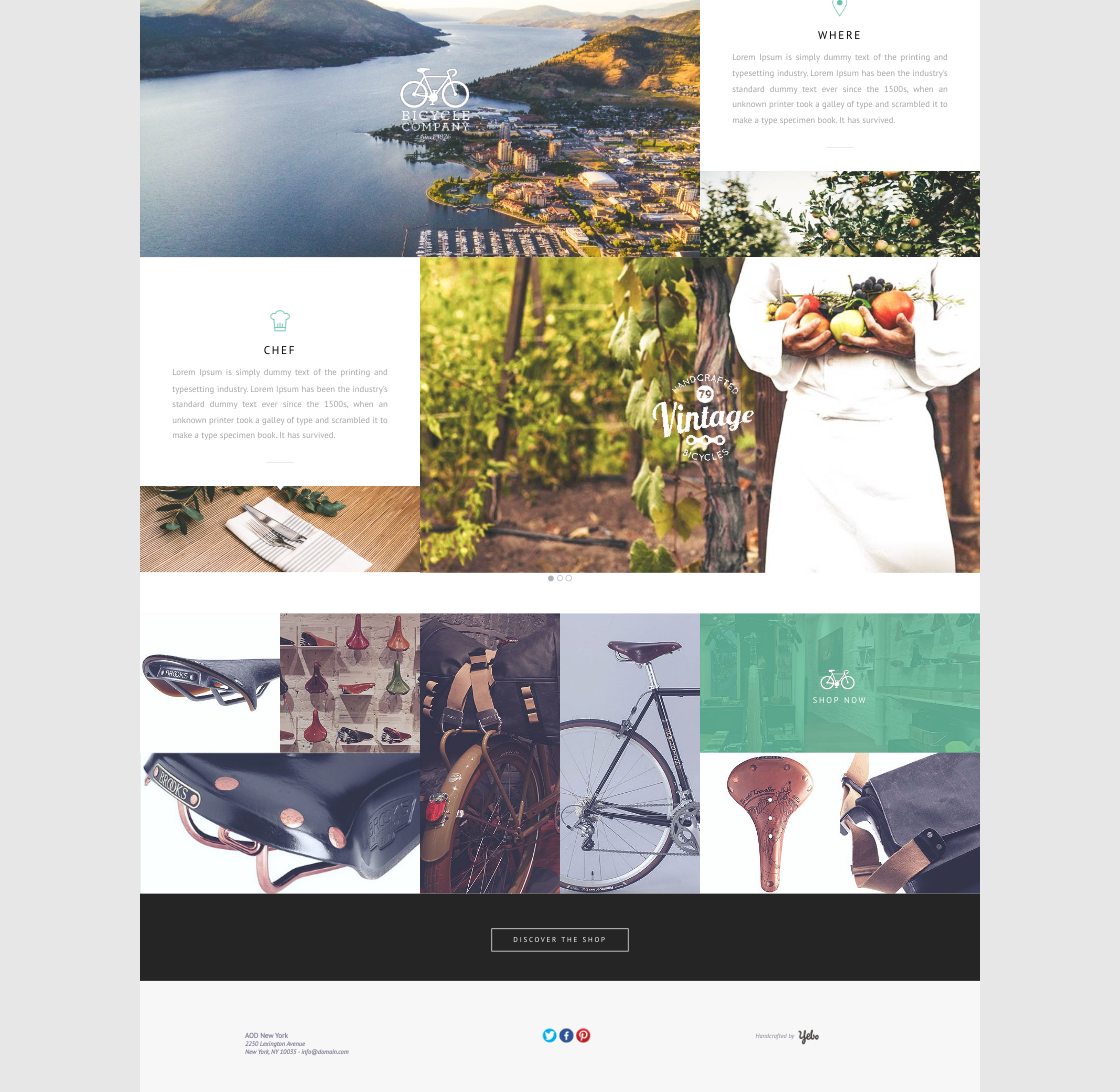
Repository: vancodes/longtable
Page: index.html
An editor plug-in stored every save of this project. The page is shown before and after a run of saves, followed by the edit.
The browser window is 1280 px wide. The page is 1600 px wide, so the pictures cover 1600 px, including what lies to the right of the window. The pictures show the part of the page from y = 1256 to 2816 px (the page is 2816 px tall before and 2770 px after), at 70% of full size.

Above is the page before, as saved 2019-04-08 15:27:58.

### index.html
<!DOCTYPE html>
<html>

<head>
  <meta charset="utf-8">
  <link href="index.css" type="text/css" rel="stylesheet">
  <title>Long table</title>
</head>

<body>
  <div class="wrapper">
    <!--Intro Section-->
    <div class="topbar">
      <h1>
      <ul>
        <li><a href="#">About Us</a></li>
    	   <p>.</p>
        <li><a href="#">Info</a></li>
        <li><a href="#"><img src="assets\logo.png" alt="logo"></a></li>
        <li><a href="https://www.gofundme.com/breast-lung-and-melanoma-cancer">Donate</a></li>
    	   <p>.</p>
        <li><a href="#">Contact</a></li>
      </ul>
    </h1>
    </div>
    <div class="hero">
      <img src="assets/cover.jpg" alt="">
    </div>
    <!--Navigation Section-->
    <div class="main" align="center">
      <div class="first">
        <img src="assets\breast-cancer-icon.png" alt="bike chain">
        <h2>Long table dinner fundraiser</h2>
        <h4>When: TBD Kelowna</h4>
        <h4>Where: TBD Summer 2019</h4>
        <p>Join us for an long table diner by Chef x. This dinner raise for Shenah Mochenski to get treatment for cancer and rheumatoid arthritis at the TrueNorth Health Center</p>
        <div class="email-container">
            <button>Join us</button>
          </div>
      </div>
      <!--Image Section-->
      <div class="bike-images">
        <div class="first-container">
          <div class="first-left">
            <div id="bike-logo">
              <img src="assets/bike.png" alt="bike logo">
            </div>
            <div id="logo">
              <img src="assets/bicycle-company-logo.png" alt="company logo">
            </div>
            <div id="vintage-left">
              <img src="assets\bike-1.jpg" alt="bike handle">
            </div>
          </div>
          <div class="first-right">
            <div class="location">
              <img src="assets\location-icon.png" alt="frame icon">
            </div>
            <div id="vintage-text">
              <h3>WHERE</h3>
              <p>Lorem Ipsum is simply dummy text of the printing and typesetting industry. Lorem Ipsum has been the industry's standard dummy text ever since the 1500s, when an unknown printer took a galley of type and scrambled it to make a type specimen
                book. It has survived.</p>
            </div>
            <div class="divider-line"></div>
            <div id="first-vintage-seat">
              <img img src="assets\seat.jpg" alt="bike seat">
            </div>
            <div class="arrow-down"></div>
          </div>
        </div>
        <div class="second-container">
          <div class="second-left">
            <div class="chef">
              <img src="assets\chef-icon.png" alt="chef icon">
            </div>
            <div id="vintage-text">
              <h3>CHEF</h3>
              <p>Lorem Ipsum is simply dummy text of the printing and typesetting industry. Lorem Ipsum has been the industry's standard dummy text ever since the 1500s, when an unknown printer took a galley of type and scrambled it to make a type specimen
                book. It has survived.</p>
            </div>
            <div class="divider-line"></div>
            <div id="second-chef">
              <img src="assets\chef-2.jpg" alt="vintage bike seat">
            </div>
            <div class="arrow-down"></div>
          </div>
          <div class="second-right">
            <div id="vintage-logo">
              <img src="assets\vintage-logo.png" alt="vintage bike logo">
            </div>
            <div id="chef">
              <img src="assets\chef.jpg" alt="chef">
            </div>
          </div>
        </div>
        <!--<div class="retro-container">
          <div class="retro-left">
            <div id="retro-logo">
              <img src="assets/bicycle-logo.png" alt="Since 1962 logo">
            </div>
            <div id="retro-bike">
              <img src="assets\bike-rail.jpg" alt="bike rail">
            </div>
          </div>
          <div class="retro-middle">
            <div class="steering">
              <img src="assets\steering-icon.png" alt="steering icon">
            </div>
            <div id="vintage-text">
              <h3>Retro Bike - M. Hulot</h3>
              <p>Lorem Ipsum is simply dummy text of the printing and typesetting industry. Lorem Ipsum has been the industry's standard dummy text ever since the 1500s, when an unknown printer took a galley of type and scrambled it to make a type specimen
                book. It has survived.</p>
            </div>
            <div class="divider-line"></div>
            <div class="arrow-down"></div>
            <div id="retro-rail">
              <img src="assets\mavic.jpg" alt="vintage bike seat">
            </div>
          </div>
          <div class="retro-right">
            <div id="retro-bike-right">
              <img src="assets\bike-2.jpg" alt="retro bike">
            </div>
          </div>
        </div>
      </div>-->
      <!--Social Section-->
      <!--<div class="main" align="center">
        <div class="last">
          <img src="assets\twitter-icon.png" alt="Twitter icon"><br>
          <span>AOD New York @aod</span>
          <span class="twitter-time"> / 35 min</span >
            <p>Lorem ipsum dolor sit amet, consectetur adipiscing elit. Sed ut tellus ac nulla semper rhoncus. Nullam a odio porttitor, dictum turpis vitae, pretium ante amet.</p>
          </div>
      </div>-->
<!--slider-->
    <div class="slider">
      <span class="dotfirst"></span>
          <span class="dot"></span>
          <span class="dot"></span>
        </div>
        <!--Photo Collage-->
        <div class="bottom-container">
          <div class="bottom-left">
            <div id="image-one">
              <img src="assets\bottom-image-1.jpg" alt="">
            </div>
            <div id="image-one">
              <img src="assets\bottom-image-2.jpg" alt="">
            </div>
            <div id="brooks-seat">
              <img src="assets\brooks-seat.png" alt="">
            </div>
          </div>
          <div class="bottom-middle">
            <div id="image-three">
              <img src="assets\bottom-image-3.jpg" alt="">
            </div>
            <div id="image-three">
              <img src="assets\bottom-image-4.jpg" alt="">
            </div>
          </div>
          <div class="bottom-right">
            <div id="bottom-bike-logo">
              <img src="assets/bike.png" alt="bike logo">
            </div>
            <div class="bottom-text">
              <p>shop now</p>
            </div>
            <div id="image-five">
              <img src="assets\bottom-image-5.jpg" alt="">
            </div>
            <div id="image-five">
              <img src="assets\bottom-image-6.jpg" alt="">
            </div>
          </div>
        </div>
        <div class="discover-container">
          <div class="discover-text">
            <button>discover the shop</button>
          </div>
        </div>
      </div>
      <div class="main" align="center">
        <div class="footer-container">
          <div class="footer-left">
            <span>AOD New York</span>
            <span class="footer-text">
      <p>2250 Lexington Avenue</p>
      <p>New York, NY 10035 - info@domain.com</p>
      </span >
      </div>
      <div class="footer-middle">
        <img src="assets\twitter.png" alt="twitter icon">
        <img src="assets\facebook.png" alt="facebook icon">
        <img src="assets\pinterest.png" alt="pinterest icon">
      </div>
      <div class="footer-right">
        <span class="footer-right-text">
          <p>Handcrafted by</p>
        </span>
            <img src="assets\yebo-logo.png" alt="yebo logo">
          </div>
        </div>
      </div>
      <!--end-->
    </div>
</body>
</html>

### index.css
/* http://meyerweb.com/eric/tools/css/reset/
   v2.0 | 20110126
   License: none (public domain)
*/

html, body, div, span, applet, object, iframe, h1, h2, h3, h4, h5, h6, p, blockquote, pre, a, abbr, acronym, address, big, cite, code, del, dfn, em, img, ins, kbd, q, s, samp, small, strike, strong, sub, sup, tt, var, b, u, i, center, dl, dt, dd, ol, ul, li, fieldset, form, label, legend, table, caption, tbody, tfoot, thead, tr, th, td, article, aside, canvas, details, embed, figure, figcaption, footer, header, hgroup, menu, nav, output, ruby, section, summary, time, mark, audio, video {
  margin: 0;
  padding: 0;
  border: 0;
  font-size: 100%;
  font: inherit;
  vertical-align: baseline;
}

/* HTML5 display-role reset for older browsers */

article, aside, details, figcaption, figure, footer, header, hgroup, menu, nav, section {
  display: block;
}

body {
  line-height: 1;
}

ol, ul {
  list-style: none;
}

blockquote, q {
  quotes: none;
}

blockquote:before, blockquote:after, q:before, q:after {
  content: '';
  content: none;
}

table {
  border-collapse: collapse;
  border-spacing: 0;
}

/*  fonts */

@font-face {
  font-family: PtSansWebBold;
  src: url(font/pt_sans-web-bold.ttf);
}

@font-face {
  font-family: PtSansWebBoldItalic;
  src: url(font/pt_sans-web-bolditalic.ttf);
}

@font-face {
  font-family: PtSansWebItalic;
  src: url(font/pt_sans-web-italic.ttf);
}

@font-face {
  font-family: PtSansWebRegular;
  src: url(font/pt_sans-web-regular.ttf);
}

body {
  font-family: PtSansWebRegular;
}

h1 {
  font-family: PtSansWebBold;
  font-size: 12px;
  text-transform: uppercase;
  letter-spacing: 2px;
}

h2 {
  font-family: PtSansWebBold;
  letter-spacing: 2.5px;
  text-transform: uppercase;
  text-align: center;
  line-height: 2.5em;
}

h3 {
  font-family: PtSansWebBold;
  letter-spacing: 2.5px;
  text-transform: uppercase;
  text-align: center;
  font-size: 12px;
  line-height: 2.5em;
}

h3 {
  font-family: PtSansWebRegular;
  letter-spacing: 2.5px;
  text-transform: uppercase;
  text-align: center;
  line-height: 2.5em;
  font-size: 16px;
}

h4 {
  font-family: PtSansWebRegular;
  font-size: 13px;
  text-transform: uppercase;
  letter-spacing: 2px;
  line-height: 2.1em;
}


p {
  font-family: PtSansWebRegular;
  font-size: 12px;
  color: #838199;
  text-align: center;
  line-height: 1.8em;
}

.bike-images p {
  font-family: PtSansWebRegular;
  font-size: 12.5px;
  color: #a5a5a5;
  text-align: justify;
  line-height: 1.8em;
}

.last span {
  font-family: PtSansWebBold;
  display: inline;
  font-size: 12px;
  text-align: center;
  line-height: 2.8em;
  letter-spacing: 1.5px;
}

.last .twitter-time {
  font-family: PtSansWebRegular;
  font-size: 12px;
  text-align: center;
  letter-spacing: 1.5px;
  color: #b2b1bd;
  padding-left: 6px;
}

.last p {
  font-family: PtSansWebItalic;
  font-size: 14px;
  color: #838199;
  text-align: center;
  line-height: 1.8em;
  padding: 0 55px;
}

.bottom-text p {
  font-family: PtSansWebRegular;
  letter-spacing: 2.5px;
  text-transform: uppercase;
  text-align: center;
  line-height: 2.5em;
  font-size: 12px;
  color: #fff;
}

.saddle-text p {
  font-family: PtSansWebItalic;
  font-size: 16px;
  text-align: center;
  letter-spacing: 0.5px;
  color: #838199;
  padding-left: 6px;
  margin-bottom: 20px;
}

/*  wrapper */

.wrapper {
  padding: 0 200px;
  width: 1200px;
  margin: 0 auto;
  background-color: #e8e7e7;
}

/* intro section */

.hero img {
  width: 100%;
}

.topbar {
  position: absolute;
  padding: 0px 317px;
  margin-top: 23px;
}

.topbar ul {
  width: 590px;
  margin: 0 auto;
}

.topbar li {
  display: inline-block;
  padding: 0 20px;
  float: left;
  position: relative;
  top: 52px;
  transform: translateY(-50%);
}

.topbar li a {
  text-decoration: none;
  color: #4D4B56;
}

.topbar li a img {
  width: 75px;
}

.hero img {
  vertical-align: bottom;
  width: 100%;
  padding-top: 150px;
  background-color: #F7F7F7
}

.topbar li a:hover {
  text-decoration: none;
  color: #ff000069;
}

.topbar p {
  padding: 0 20px;
  float: left;
  position: relative;
  top: 52px;
  transform: translateY(-50%);
  font-family: PtSansWebBold;
}

/* navigation section */

.main {
  background-color: #F7F7F7
}

.first {
  color: #4D4B56;
  padding: 80px 150px 80px 150px;
  max-width: 736px;
}

.first img {
  padding: 0px 46px;
}

/* bike images */

img {
  padding: 0;
  margin: 0;
}

.bike-images {
  background-color: #FFFF;
  position: relative;
}

.first-container {
  vertical-align: bottom;
  display: table;
}

.first-left {
  width: 800px;
  display: table-cell;
  vertical-align: bottom;
}

.first-right {
  display: table-cell;
  vertical-align: bottom;
  width: 400px;
}

#first-vintage-seat img {
  width: 400px;
  height: 123px;
  float: left;
}

#bike-logo img {
  width: 100px;
  position: absolute;
  margin-top: 179px;
  transform: translatex(-29%);
}

#logo img {
  width: 100px;
  position: absolute;
  margin-top: 240px;
  transform: translateX(-26%);
}

#vintage-left img {
  float: left;
  margin: auto;
  width: 800px;
}

.location img {
  width: 30px;
  margin-bottom: 5px;
}

#vintage-text {
  height: 162px;
  margin-bottom: 18px;
  overflow: hidden;
}

#vintage-text p {
  padding: 0px 46px;
}

.divider-line {
  height: 1px;
  background-color: #e2e2e2;
  margin: 0px 180px 33px;
}

.arrow-down {
  width: 0px;
  height: 0px;
  border-left: 5px solid transparent;
  border-right: 5px solid transparent;
  border-top: 6px solid #FFFF;
  position: absolute;
  transform: translateX(1955%);
}

.second-container {
  vertical-align: bottom;
  display: table;
}

#second-chef img {
  width: 400px;
  height: 123px;
  float: left;
  margin-bottom: -1.5px;
}

.second-left {
  width: 333px;
  display: table-cell;
  vertical-align: bottom;
}

.chef img {
  width: 30px;
  margin-bottom: 5px;
}

#chef img {
  float: right;
  width: 800px;
  vertical-align: bottom;
  margin-bottom: -2px;
}

.second-right {
  display: table-cell;
  vertical-align: bottom;
  width: 656px;
}

#vintage-logo img {
  width: 145px;
  position: absolute;
  margin-top: 167px;
  transform: translateX(-47%);
}

.retro-container {
  vertical-align: bottom;
  display: table;
}

.retro-left {
  display: table-cell;
  vertical-align: bottom;
  width: 333px;
}

.retro-middle {
  width: 400px;
  display: table-cell;
  vertical-align: bottom;
}

.retro-right {
  display: table-cell;
  vertical-align: bottom;
  width: 400px;
}

#retro-logo img {
  width: 160px;
  position: absolute;
  margin-top: 197px;
  transform: translateX(-50%);
}

#retro-bike img {
  float: right;
  width: 400px;
  vertical-align: bottom;
}

#retro-bike-right img {
  float: right;
  width: 400px;
  vertical-align: bottom;
}

.steering img {
  height: 30px;
  margin-bottom: 5px;
}

#retro-rail img {
  width: 400px;
  height: 123px;
  vertical-align: bottom;
}

.bottom-container {
  vertical-align: bottom;
  display: table;
  margin-top: 14px;
}

.bottom-left {
  display: table-cell;
  vertical-align: bottom;
  width: 400px;
}

.bottom-middle {
  display: table-cell;
  vertical-align: bottom;
  width: 400px;
}

.bottom-right {
  display: table-cell;
  vertical-align: bottom;
  width: 400px;
}

#image-one img {
  float: left;
  width: 200px;
  vertical-align: bottom;
  max-height: 199px;
}

#brooks-seat img {
  float: left;
  width: 400px;
  vertical-align: bottom;
}

#image-three img {
  float: left;
  width: 200px;
  vertical-align: bottom;
}

#image-five img {
  float: left;
  width: 400px;
  vertical-align: bottom;
  margin-top: -1px;
}

#bottom-bike-logo img {
  width: 50px;
  position: absolute;
  margin-top: 79px;
  transform: translatex(-57%);
}

.bottom-text {
  position: absolute;
  padding: 0px -4px;
  margin-top: 108px;
  width: 400px;
}

/* twitter-last section */

.last {
  padding: 80px 150px 50px 150px;
  max-width: 736px;
}

.last img {
  width: 25px;
  padding-bottom: 15px;
}

.noBorder {
  border: 0;
}

/* slider */

.dotfirst {
  width: 0.50rem;
  height: 0.50rem;
  background-color: #ADB2B6;
  border-radius: 50%;
  display: inline-block;
}

.dot {
  width: 0.40rem;
  height: 0.40rem;
  border-radius: #ADB2B6;
  background-color: #FFF;
  border-radius: 50%;
  border: 1px solid #ADB2B6;
  display: inline-block;
  -moz-border-radius: 50%;
  -webkit-border-radius: 50
}

.slider {
  color: #4D4B56;
  padding: 0px 0px 30px 0px;
  max-width: 736px;
}

/* last section */

.discover-container {
  background-color: #252525;
  height: 75px;
  padding-top: 50px;
}

.discover-text button {
  border: 1px solid #ffff;
  padding: 3px 30px;
  margin: 0 493px;
  font-family: PtSansWebRegular;
  letter-spacing: 2.5px;
  text-transform: uppercase;
  text-align: center;
  line-height: 2.5em;
  font-size: 10px;
  color: #fff;
  background-color: #252525;
}

.discover-text button:hover {
  background-color: #fff;
  color: #252525;
  box-shadow: none;
  transform: none;
  transition: 0.1s ease-in-out;
}

.email-container {
  background-color: #f7f7f7;
  padding: 25px 150px 50px 0px;
}

.email-container img {
  width: 65px;
  padding: 10px 420px;
}

input {
  border: 1px solid #e8e7e7;
  padding: 5px 30px;
  margin: 3px 255px;
  position: absolute;
  padding: 9px 109px 9px 20px;
  font-family: PtSansWebItalic;
  font-size: 14px;
  color: #e8e7e7;
  text-align: center;
  line-height: 1.8em;
  text-align: left;
}

.email-container button {
  margin: 0px;
  position: absolute;
  background-color: #66c4a1;
  padding: 2px 40px;
  font-family: PtSansWebRegular;
  letter-spacing: 2.5px;
  text-transform: uppercase;
  text-align: center;
  line-height: 2.5em;
  font-size: 16px;
  color: #fff;
}

.email-container button:hover {
  background-color: #fff;
  color: #66c4a1;
  box-shadow: none;
  transform: none;
  transition: 0.1s ease-in-out;
}

.footer-container {
  background-color: #f7f7f7;
  padding: 50px 150px;
  display: table
}

.footer-left {
  display: table-cell;
  width: 400px;
  text-align: left;
}

.footer-left span {
  font-size: 10px;
  color: #838199;
  font-weight: bold;
}

.footer-text p {
  font-family: PtSansWebItalic;
  font-size: 9px;
  color: #838199;
  line-height: 1.4em;
  text-align: left;
}

.footer-middle {
  display: table-cell;
  width: 400px;
  transform: translateX(33%);
  vertical-align: middle;
}

.footer-middle img {
  width: 20px;
}

.footer-right {
  width: 400px;
}

.footer-right-text p {
  font-family: PtSansWebItalic;
  font-size: 9px;
  color: #838199;
  line-height: 1.4em;
  margin-top: 23px;
  width: 60px;
  transform: translateX(95%);
}

.footer-right img {
  width: 30px;
  transform: translateX(300%);
  padding-top: 0px;
  margin-top: -16px;
  position: absolute;
}

After the next 2 saves:
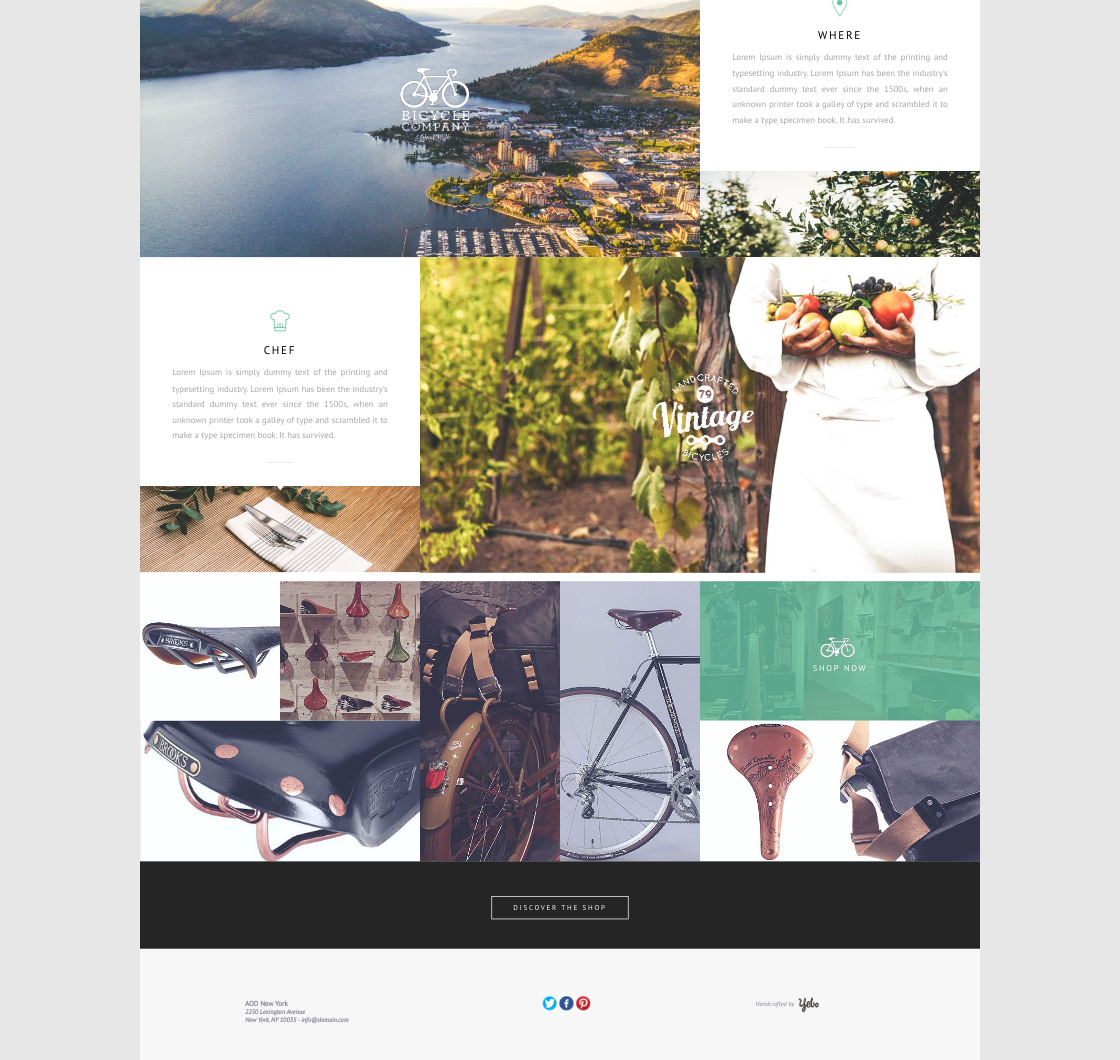
The 2 saves are shown as one change because they came seconds apart.
The last was saved 28 s later.
--- a/index.html
+++ b/index.html
@@ -134,11 +134,11 @@
           </div>
       </div>-->
 <!--slider-->
-    <div class="slider">
+    <!--<div class="slider">
       <span class="dotfirst"></span>
           <span class="dot"></span>
           <span class="dot"></span>
-        </div>
+        </div>-->
         <!--Photo Collage-->
         <div class="bottom-container">
           <div class="bottom-left">
